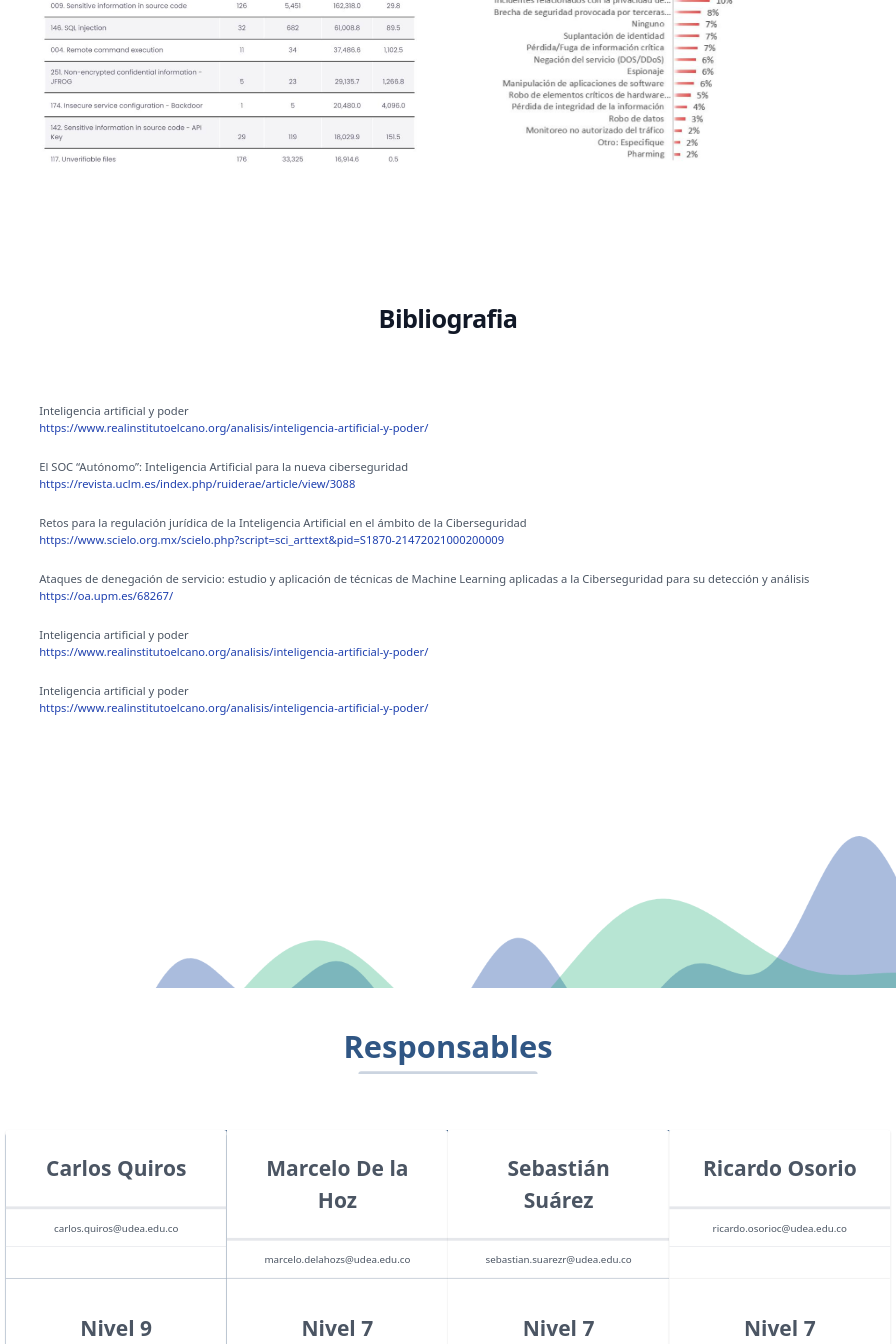
Repository: cardacar/fdi-2022
Page: /
An editor plug-in stored every save of this project. The page is shown before and after the next save, followed by the edit.
The browser window is 1280 px wide. The pictures show the part of the page from y = 4579 to 6499 px (the page is 6904 px tall), at 70% of full size.
The project was rebuilt for these pictures with package versions that can differ from the ones it lists, and the page was loaded fresh each time. The framework's server and built-in components were replaced by stand-ins that run in the browser. Also part of the build but not shown: next.config.js.

Above is the page before, as saved 2022-08-07 16:53:32.

### src/pages/index.tsx
import React from "react";

import About from "../components/About";
import Canvas from "../components/Canvas";
import Features from "../components/Features";
import Header from "../components/Header";
import LazyShow from "../components/LazyShow";
import MainHero from "../components/MainHero";
import MainHeroImage from "../components/MainHeroImage";
import Pricing from "../components/Pricing";
import Product from "../components/Product";
import Necesidad from "../components/Necesidad";
import Problema from "../components/Problema";
import Bibliografia from "../components/Bibliografia";

const App = () => {
  return (
    <div className={`bg-background grid gap-y-16 overflow-hidden`}>
      <div className={`relative bg-background`}>
        <div className="max-w-7xl mx-auto">
          <div
            className={`relative z-10 pb-8 bg-background sm:pb-16 md:pb-20 lg:max-w-2xl lg:w-full lg:pb-28 xl:pb-32`}
          >
            <Header />
            <MainHero />
          </div>
        </div>
        <MainHeroImage />
      </div>
      <Canvas />
      <LazyShow>
        <>
          <Product />
          <Canvas />
        </>
      </LazyShow>
      <LazyShow>
        <>
          <Features />
        </>
      </LazyShow>
      <LazyShow>
        <>
          <Necesidad />
        </>
      </LazyShow>

      <LazyShow>
        <>
          <Problema />
        </>
      </LazyShow>

      <LazyShow>
        <>
          <Bibliografia />
        </>
      </LazyShow>

      <LazyShow>
        <>
          <Canvas />

          <Pricing />
        </>
      </LazyShow>
      <LazyShow>
        <>
          <About />
        </>
      </LazyShow>
    </div>
  );
};

export default App;

### src/styles/main.css
@tailwind base;
@tailwind components;
@tailwind utilities;


:root {
  --color-primary: #11626D;
  --color-secondary: #1F9BAD;
  --color-tertiaty: #99a0a3;
}

a {
  @apply text-blue-800;
}

a:hover {
  @apply border-b-2 border-blue-900;
}



.content p {
  @apply my-6;
}

.content ul {
  @apply my-6;
}

### src/utils/AppConfig.ts
export const AppConfig = {
  site_name: 'FDICIA',
  title: 'Cómo influye la Inteligencia Artificial a la ciberseguridad en las empresas Colombianas',
  description: '',
  locale: 'es',
};

### src/components/About.tsx
import React from 'react';

import config from '../config/index.json';

const About = () => {
  const { company } = config;
  const { logo, name: companyName } = company;


  return (
    <div
      id="about"
      className="mx-auto container xl:px-20 lg:px-12 sm:px-6 px-4 py-12"
    >
      <div className="flex flex-col items-center justify-center">
        <div>
          <img src={logo} alt={companyName} className="w-16 h-16" style={{color: 'red'}}/>
        </div>
        <div className="flex items-center mt-6">
          <p className="mt-6 text-xs lg:text-sm leading-none text-gray-900 dark:text-gray-50">
            &copy; {new Date().getFullYear()} Diseñado por{' '}
            <a href="#" rel="nofollow">
              Equipo de Fundamentos de investigación
            </a>
          </p>
        </div>
      </div>
    </div>
  );
};
export default About;

### src/components/Canvas.tsx
import { useRef, FC, useEffect, useState } from 'react';

import { CanvasContext } from '../hooks/useCanvas';
import useResponsiveSize from '../hooks/useResponsiveSize';
import Wave from './Wave';

const Canvas: FC = () => {
  const canvasRef = useRef<HTMLCanvasElement>(null);
  const { width } = useResponsiveSize();
  const [context, setContext] = useState<
    CanvasRenderingContext2D | undefined
  >();

  useEffect(() => {
    const ctx = canvasRef?.current?.getContext('2d');
    if (ctx) setContext(ctx);
  }, []);

  return (
    <>
      <CanvasContext.Provider value={{ context }}>
        <canvas id="canvas" ref={canvasRef} width={width} height={220}></canvas>
        <Wave />
      </CanvasContext.Provider>
    </>
  );
};

export default Canvas;

### src/components/Features.tsx
import React from 'react';

import config from '../config/index.json';

const Features = () => {
  const { features } = config;
  const { title, subtitle, description, items: featuresList } = features;
  return (
    <div className={`py-12 bg-background`} id="features">
      <div className="max-w-7xl mx-auto px-4 sm:px-6 lg:px-8">
        <div className="lg:text-center">
          <h2
            className={`text-base text-primary font-semibold tracking-wide uppercase`}
          >
            {title}
          </h2>
          <p className="mt-2 text-3xl leading-8 font-extrabold tracking-tight text-gray-900 sm:text-4xl">
            {subtitle}
          </p>
          <p className="mt-4 max-w-2xl text-xl text-gray-500 lg:mx-auto">
            {description}
          </p>
        </div>

        <div className="mt-10">
          <dl className="space-y-10 md:space-y-0 md:grid md:grid-cols-2 md:gap-x-8 md:gap-y-10">
            {featuresList.map((feature) => (
              <div key={feature.name} className="relative">
                <dt>
                  <div
                    className={`absolute flex items-center justify-center h-12 w-12 rounded-md bg-background text-tertiary border-primary border-4`}
                  >
                    <img
                      className={`inline-block h-6 w-6`}
                      src={feature.icon}
                      alt={feature.name}
                    />
                  </div>
                  <p className="ml-16 text-lg leading-6 font-medium text-gray-900">
                    {feature.name}
                  </p>
                </dt>
                <dd className="mt-2 ml-16 text-base text-gray-500">
                  {feature.description}
                </dd>
              </div>
            ))}
          </dl>
        </div>
      </div>
    </div>
  );
};

export default Features;

### src/components/LazyShow.tsx
import React, { MutableRefObject, useEffect, useRef, useState } from 'react';

import { motion, useAnimation } from 'framer-motion';

function useOnScreen(
  ref: MutableRefObject<HTMLDivElement | null>,
  rootMargin = '0px'
) {
  const [isIntersecting, setIntersecting] = useState(false);

  useEffect(() => {
    let currentRef: any = null;
    const observer = new IntersectionObserver(
      ([entry]) => {
        if (entry?.isIntersecting) setIntersecting(entry?.isIntersecting);
      },
      {
        rootMargin,
      }
    );
    if (ref && ref?.current) {
      currentRef = ref.current;
      observer.observe(currentRef);
    }
    return () => {
      observer.unobserve(currentRef);
    };
  }, [ref, rootMargin]); // Empty array ensures that effect is only run on mount and unmount

  return isIntersecting;
}

const LazyShow = ({ children }: { children: React.ReactChild }) => {
  const controls = useAnimation();
  const rootRef = useRef<HTMLDivElement>(null);
  const onScreen = useOnScreen(rootRef);
  useEffect(() => {
    if (onScreen) {
      controls.start({
        x: 0,
        opacity: 1,
        transition: {
          duration: 0.5,
          ease: 'easeOut',
        },
      });
    }
  }, [onScreen, controls]);
  return (
    <motion.div
      className="lazy-div"
      ref={rootRef}
      initial={{ opacity: 0, x: -50 }}
      animate={controls}
    >
      {children}
    </motion.div>
  );
};

export default LazyShow;

### src/components/MainHero.tsx
import React from 'react';

import config from '../config/index.json';

const MainHero = () => {
  const { mainHero } = config;
  return (
    <main className="mt-10 mx-auto max-w-7xl px-4 sm:mt-12 sm:px-6 md:mt-16 lg:mt-20 lg:px-8 xl:mt-28">
      <div className="sm:text-center lg:text-left">
        <h1 className="text-4xl tracking-tight font-extrabold text-gray-900 sm:text-5xl md:text-6xl">
          <span className="block xl:inline">{mainHero.title}</span>{' '}
          <span className={`block text-primary xl:inline`}>
            {mainHero.subtitle}
          </span>
        </h1>
        <p className="mt-3 text-base text-gray-500 sm:mt-5 sm:text-lg sm:max-w-xl sm:mx-auto md:mt-5 md:text-xl lg:mx-0">
          {mainHero.description}
        </p>
      </div>
    </main>
  );
};

export default MainHero;

### src/components/Product.tsx
import React from "react";

import config from "../config/index.json";
import Divider from "./Divider";

const Product = () => {
  const { product } = config;
  const [firstItem, secondItem] = product.items;

  return (
    <section className={`bg-background py-8`} id="product">
      <div className={`container max-w-5xl mx-auto m-8`}>
        <h1
          className={`w-full my-2 text-5xl font-bold leading-tight text-center text-primary`}
        >
          {product.title.split(" ").map((word, index) => (
            <span
              key={index}
              className={index % 2 ? "text-primary" : "text-border"}
            >
              {word}{" "}
            </span>
          ))}
        </h1>
        <Divider />
        <div className={`flex flex-wrap`}>
          <div className={`w-5/6 sm:w-1/2 p-6 mt-20`}>
            <h3
              className={`text-3xl text-gray-800 font-bold leading-none mb-3`}
            >
              {firstItem?.title}
            </h3>
            <p className={`text-gray-600`}>{firstItem?.description}</p>
          </div>
          <div className={`w-full sm:w-1/2 p-6`}>
            <img
              className="h-6/6"
              src={firstItem?.img}
              alt={firstItem?.title}
            />
          </div>
        </div>
        <div className={`flex flex-wrap flex-col-reverse sm:flex-row`}>
          <div className={`w-full sm:w-1/2 p-6`}>
            <img
              className="h-6/6"
              src={secondItem?.img}
              alt={secondItem?.title}
            />
          </div>
          <div className={`w-full sm:w-1/2 p-6 mt-20`}>
            <div className={`align-middle`}>
              <h3
                className={`text-3xl text-gray-800 font-bold leading-none mb-3`}
              >
                {secondItem?.title}
              </h3>
              <p className={`text-gray-600 mb-8`}>{secondItem?.description}</p>
            </div>
          </div>
          <div className={`w-full p-6 mt-20 text-center`}>
            <div className={`align-middle`}>
              <h3
                className={`text-3xl text-gray-800 font-bold leading-none mb-3`}
              >
              </h3>
              <p className={`text-gray-600 mb-8 text-justify`}>
                Con el incremento en la cantidad de información que se maneja en
                la red en especial a nivel empresarial, se ve la necesidad de
                gestionar y controlar la seguridad de toda esta, velando por la
                automatización de muchos de estos procesos, para asi no agobiar
                y mantener al personal concentrado en los casos mas importante.
                Aqui es donde entra la inteligencia artificial,siendo una
                herramienta que permite la constante actualización de su uso,
                permite asumir una gran cantidad de tareas a la hora de mantener
                la seguridad de la información.<br></br><br></br> En cuanto a generar las fallas
                de seguridad, las mismas características que hacen a las IA una
                de las mejores herramientas para proteger información, las
                vuelven a su vez las más óptimas para penetrar en los sistemas
                de seguridad, además de que estas tienen una ventaja, la cual es
                que tú como defensor no puedes fallar nunca, pero como atacante
                no importa cuantas veces falles, dado que con solo una victoria,
                es la derrota total para la seguridad del sistema. Al ser las IA
                capaz de evolucionar con cada intento, las que tendrían más
                capacidad de desarrollo a lo largo del tiempo será la del
                atacante.
              </p>
            </div>
          </div>
        </div>
      </div>
    </section>
  );
};

export default Product;

### src/components/Necesidad.tsx
import React from 'react';

import config from '../config/index.json';

const Necesidad = () => {
  const { Necesidad } = config;
  const { title, subtitle, description, items: featuresList } = Necesidad;
  return (
    <div className={`py-12 bg-background`} id="necesidad">
      <div className="max-w-7xl mx-auto px-4 sm:px-6 lg:px-8">
        <div className="lg:text-center">
          <h2
            className={`text-base text-primary font-semibold tracking-wide uppercase`}
          >
            {title}
          </h2>
          <p className="mt-2 text-3xl leading-8 font-extrabold tracking-tight text-gray-900 sm:text-4xl">
            {subtitle}
          </p>
          <p className="mt-4 max-w-2xl text-xl text-gray-500 lg:mx-auto">
            {description}
          </p>
        </div>

        <div className="mt-10">
          <dl className="space-y-10 md:space-y-0 md:grid md:grid-cols-2 md:gap-x-8 md:gap-y-10">
            {featuresList.map((feature) => (
              <div key={feature.name} className="relative">
                <dt>
                  <p className="ml-16 text-lg leading-6 font-medium text-gray-900">
                    {feature.name}
                  </p>
                </dt>
                <dd className="mt-2 ml-16 text-base text-gray-500">
                  {feature.description}
                </dd>
              </div>
            ))}
          </dl>
        </div>
      </div>
    </div>
  );
};

export default Necesidad;

### src/components/Problema.tsx
import React from "react";
import config from "../config/index.json";

const Problema = () => {
  return (
    <div className={`py-12 bg-background`} id="problema">
      <div className="max-w-7xl mx-auto px-4 sm:px-6 lg:px-8">
        <div className="lg:text-center">
          <p className="mt-2 text-3xl leading-8 font-extrabold tracking-tight text-gray-900 sm:text-4xl">
            Problema
          </p>
        </div>
        <div className={`w-full p-6 mt-20 text-center`}>
            <div className={`align-middle`}>
              <h3
                className={`text-3xl text-gray-800 font-bold leading-none mb-3`}
              >
              </h3>
              <p className={`text-gray-600 mb-8 text-justify`}>
              En el año 2021 se presentaron 41 billones de intentos de ataques
            cibernéticos en el mundo y siete billones en Colombia. De acuerdo
            con el último informe presentado por la Fiscalía General de la
            Nación, en Colombia en el año 2021 el número de ataques cibernéticos
            aumentó en un 30%, comparado con el año anterior. Si bien, las
            compañías y entidades oficiales han venido trabajando fuertemente en
            estrategias tendientes a robustecer las medidas de ciberseguridad,
            estas no han sido suficientes, ya que casos como el secuestro de
            información o la afectación de datos a entidades, aún continúan
            presentándose y han ocasionado grandes pérdidas económicas para las
            organizaciones, ya que estas han tenido que efectuar cuantiosos
            pagos frente a este tipo extorsiones a los cibercriminales.
            <br></br>
            <br></br>
            Los cibercrímenes generan cada vez más rentabilidad para los
            atacantes y en este sentido, si no existen herramientas para
            contrarrestarlos y estar protegidos, seguirá creciendo la curva de
            ciberataques para empresas y entidades de gobierno.
              </p>
            </div>
          </div>
          <div className={`flex flex-wrap`}>


          <div className={`w-full sm:w-1/2 p-6`}>
            <img
              className="h-6/6"
              src={`${config.metrics[0]?.url}`}
              alt="#"
            />
          </div>
          <div className={`w-full sm:w-1/2 p-6`}>
            <img
              className="h-6/6"
              src={`${config.metrics[1]?.url}`}
              alt="#"
            />
          </div>
        </div>
      </div>
    </div>
  );
};

export default Problema;

### src/components/Bibliografia.tsx
import React from "react";

const Bibliografia = () => {
  return (
    <div className={`py-12 bg-background`} id="bibliografia">
      <div className="max-w-7xl mx-auto px-4 sm:px-6 lg:px-8">
        <div className="lg:text-center">
          <p className="mt-2 text-3xl leading-8 font-extrabold tracking-tight text-gray-900 sm:text-4xl">
            Bibliografia
          </p>
        </div>
        <div className={`w-full p-6 mt-20 text-center`}>
          <div className={`align-middle`}>
            <p className={`text-gray-600 mb-8 text-justify`}>
              Inteligencia artificial y poder<br></br>
             <a href=" https://www.realinstitutoelcano.org/analisis/inteligencia-artificial-y-poder/"> https://www.realinstitutoelcano.org/analisis/inteligencia-artificial-y-poder/</a>
            </p>
          </div>
          <div className={`align-middle`}>
            <p className={`text-gray-600 mb-8 text-justify`}>
            El SOC “Autónomo”: Inteligencia Artificial para la nueva ciberseguridad<br></br>
             <a href="https://revista.uclm.es/index.php/ruiderae/article/view/3088">https://revista.uclm.es/index.php/ruiderae/article/view/3088</a>
            </p>
          </div>
          <div className={`align-middle`}>
            <p className={`text-gray-600 mb-8 text-justify`}>
            Retos para la regulación jurídica de la Inteligencia Artificial en el ámbito de la Ciberseguridad<br></br>
             <a href="https://www.scielo.org.mx/scielo.php?script=sci_arttext&pid=S1870-21472021000200009">https://www.scielo.org.mx/scielo.php?script=sci_arttext&pid=S1870-21472021000200009</a>
            </p>
          </div>
          <div className={`align-middle`}>
            <p className={`text-gray-600 mb-8 text-justify`}>
            Ataques de denegación de servicio: estudio y aplicación de técnicas de Machine Learning aplicadas a la Ciberseguridad para su detección y análisis<br></br>
             <a href="https://oa.upm.es/68267/
">https://oa.upm.es/68267/
</a>
            </p>
          </div>
          <div className={`align-middle`}>
            <p className={`text-gray-600 mb-8 text-justify`}>
              Inteligencia artificial y poder<br></br>
             <a href=" https://www.realinstitutoelcano.org/analisis/inteligencia-artificial-y-poder/"> https://www.realinstitutoelcano.org/analisis/inteligencia-artificial-y-poder/</a>
            </p>
          </div>
          <div className={`align-middle`}>
            <p className={`text-gray-600 mb-8 text-justify`}>
              Inteligencia artificial y poder<br></br>
             <a href=" https://www.realinstitutoelcano.org/analisis/inteligencia-artificial-y-poder/"> https://www.realinstitutoelcano.org/analisis/inteligencia-artificial-y-poder/</a>
            </p>
          </div>
        </div>
      </div>
    </div>
  );
};

export default Bibliografia;

### src/components/Wave.tsx
import { FC } from 'react';

import { useCanvasContext } from '../hooks/useCanvas';
import useResponsiveSize from '../hooks/useResponsiveSize';
import WaveObj from '../utils/wave';

const Wave: FC = () => {
  const { context } = useCanvasContext();
  const { width } = useResponsiveSize();
  const height = 600;
  let frequency = 0.013;
  const waves = {
    frontWave: new WaveObj([0.0211, 0.028, 0.015], 'rgb(44, 89, 171, 0.4)'),
    backWave: new WaveObj([0.0122, 0.018, 0.005], 'rgb(17, 169, 111, 0.3)'),
  };

  const render = () => {
    context?.clearRect(0, 0, width, height);
    Object.entries(waves).forEach(([, wave]) => {
      wave.draw(context!, width, height, frequency);
    });
    frequency += 0.013;
    requestAnimationFrame(render);
  };
  if (context) render();
  return null;
};

export default Wave;

Loaded but not shown: src/pages/_app.tsx (common file); src/pages/_document.tsx (common file); src/components/MainHeroImage.tsx (common file); src/hooks/useCanvas.ts (common file); src/hooks/useResponsiveSize.ts (common file); src/components/Divider.tsx (common file); src/utils/wave.ts (common file); src/config/index.json (134 lines, source omitted); tailwind.config.js (46 lines, source omitted); src/components/Pricing.tsx (156 lines, source omitted); src/components/Header.tsx (118 lines, source omitted)

After the next save:
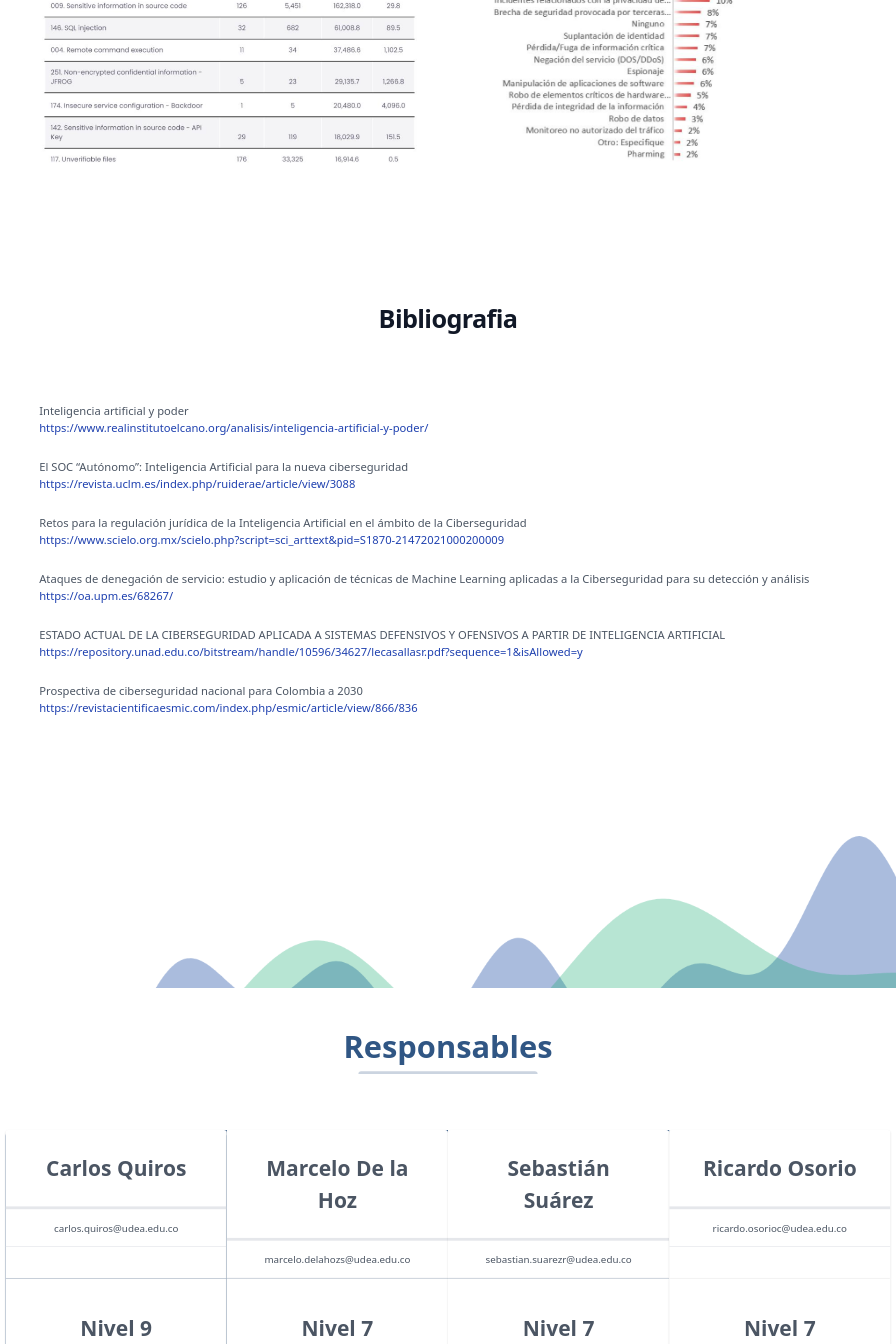
Saved 60 s later.
--- a/src/components/Bibliografia.tsx
+++ b/src/components/Bibliografia.tsx
@@ -31,21 +31,19 @@ const Bibliografia = () => {
           <div className={`align-middle`}>
             <p className={`text-gray-600 mb-8 text-justify`}>
             Ataques de denegación de servicio: estudio y aplicación de técnicas de Machine Learning aplicadas a la Ciberseguridad para su detección y análisis<br></br>
-             <a href="https://oa.upm.es/68267/
-">https://oa.upm.es/68267/
-</a>
+             <a href="https://oa.upm.es/68267/">https://oa.upm.es/68267/</a>
             </p>
           </div>
           <div className={`align-middle`}>
             <p className={`text-gray-600 mb-8 text-justify`}>
-              Inteligencia artificial y poder<br></br>
-             <a href=" https://www.realinstitutoelcano.org/analisis/inteligencia-artificial-y-poder/"> https://www.realinstitutoelcano.org/analisis/inteligencia-artificial-y-poder/</a>
+            ESTADO ACTUAL DE LA CIBERSEGURIDAD APLICADA A SISTEMAS DEFENSIVOS Y OFENSIVOS A PARTIR DE INTELIGENCIA ARTIFICIAL <br></br>
+             <a href="https://repository.unad.edu.co/bitstream/handle/10596/34627/lecasallasr.pdf?sequence=1&isAllowed=y">https://repository.unad.edu.co/bitstream/handle/10596/34627/lecasallasr.pdf?sequence=1&isAllowed=y</a>
             </p>
           </div>
           <div className={`align-middle`}>
             <p className={`text-gray-600 mb-8 text-justify`}>
-              Inteligencia artificial y poder<br></br>
-             <a href=" https://www.realinstitutoelcano.org/analisis/inteligencia-artificial-y-poder/"> https://www.realinstitutoelcano.org/analisis/inteligencia-artificial-y-poder/</a>
+            Prospectiva de ciberseguridad nacional para  Colombia a 2030<br></br>
+             <a href="https://revistacientificaesmic.com/index.php/esmic/article/view/866/836">https://revistacientificaesmic.com/index.php/esmic/article/view/866/836</a>
             </p>
           </div>
         </div>
